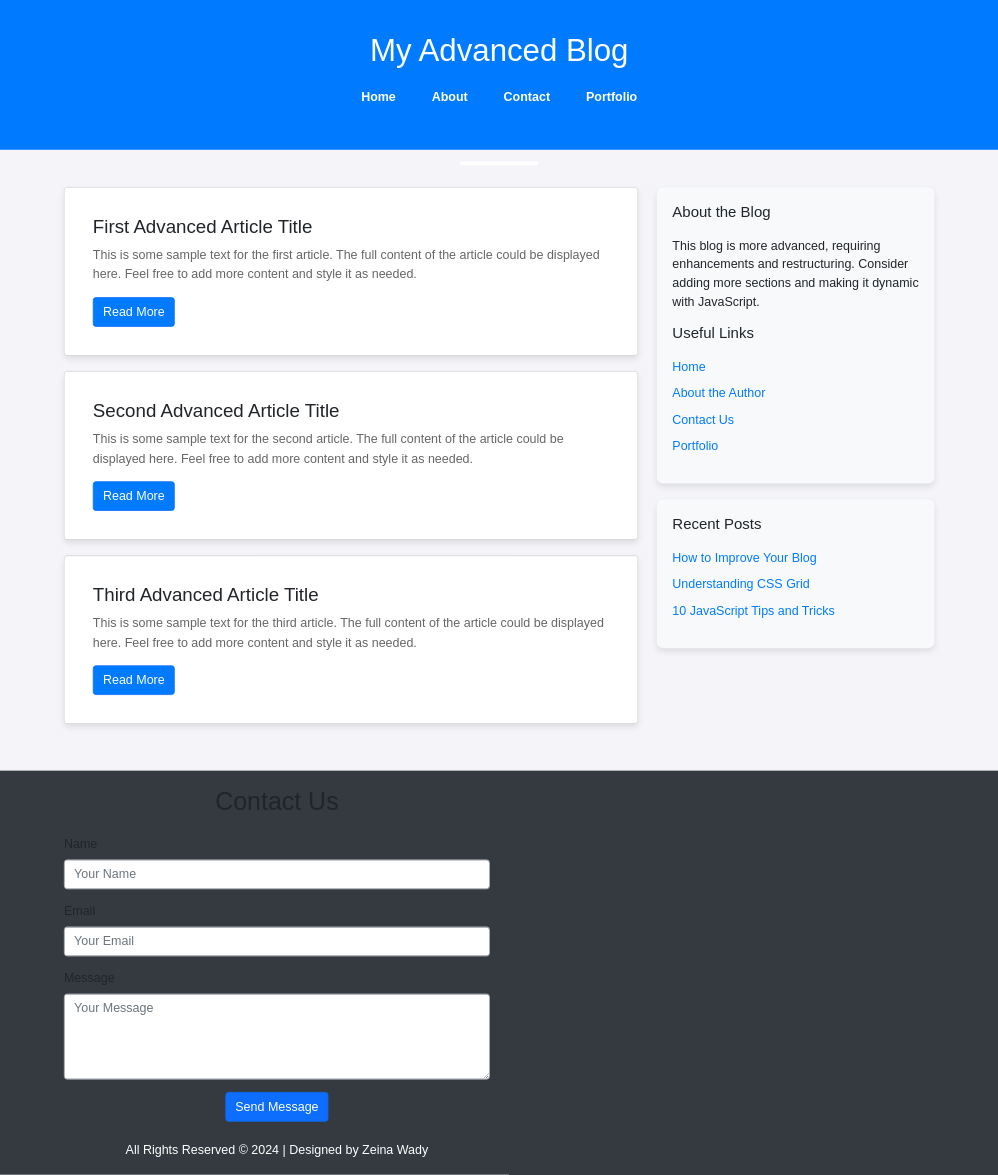
Repository: zeinawady/Blog-Code-Refactoring
Page: index.html
An editor plug-in stored every save of this project. The page is shown before and after a run of saves, followed by the edit.
The browser window is 1280 px wide. The pictures show the whole page, at 78% of full size.
Some web libraries are served in a nearby version.

Above is the page before, as saved 2024-09-23 16:04:00.

### index.html
<!DOCTYPE html>
<html lang="en">
  <head>
    <meta charset="UTF-8" />
    <meta name="viewport" content="width=device-width, initial-scale=1.0" />
    <title>My Advanced Blog</title>

    <link
      href="https://cdn.jsdelivr.net/npm/bootstrap@5.1.3/dist/css/bootstrap.min.css"
      rel="stylesheet"
    />
    <link rel="stylesheet" href="https://cdnjs.cloudflare.com/ajax/libs/font-awesome/6.6.0/css/all.min.css" integrity="sha512-Kc323vGBEqzTmouAECnVceyQqyqdsSiqLQISBL29aUW4U/M7pSPA/gEUZQqv1cwx4OnYxTxve5UMg5GT6L4JJg==" crossorigin="anonymous" referrerpolicy="no-referrer" />
    <link rel="stylesheet" href="style.css">
  </head>
  <body>

    <header>
      <h1 class="text-center text-white">My Advanced Blog</h1>
      <nav class="navbar navbar-expand-lg bg-body-tertiary">
        <div class="container">
          <button class="navbar-toggler ms-auto" type="button" data-bs-toggle="collapse" data-bs-target="#navbarNavAltMarkup" aria-controls="navbarNavAltMarkup" aria-expanded="false" aria-label="Toggle navigation">
            <span class="navbar-toggler-icon text-white"><i class="fas fa-bars"></i></span>
          </button>
          <div class="collapse navbar-collapse justify-content-center" id="navbarNavAltMarkup">
            <div class="navbar-nav">
              <a class="nav-link active text-white" aria-current="page" href="#">Home</a>
              <a class="nav-link text-white" href="#">About</a>
              <a class="nav-link text-white" href="#">Contact</a>
              <a class="nav-link text-white" href="#">Portfolio</a>
            </div>
          </div>
        </div>
      </nav>

    </header>
    <a href="#" onclick="toTop()" class="scroll-to-top" id="scrollToTopBtn"><i class="fa-solid fa-circle-up fa-bounce" style="color: #007bff;"></i></a>

    <div class="container mt-5">
      <div class="row">
        <div class="col-lg-8">

          <article class="card">
            <div class="card-body">
            <h2 class="card-title">First Advanced Article Title</h2>
            <p class="card-text">
              This is some sample text for the first article. The full content
              of the article could be displayed here. Feel free to add more
              content and style it as needed.
            </p>
            <button class="btn btn-primary">Read More</button>
         </div>
        </article>

        <article class="card">
          <div class="card-body">
          <h2 class="card-title">Second Advanced Article Title</h2>
          <p class="card-text">
            This is some sample text for the second article. The full content
            of the article could be displayed here. Feel free to add more
            content and style it as needed.
          </p>
          <button class="btn btn-primary">Read More</button>
       </div>
      </article>

      <article class="card">
        <div class="card-body">
        <h2 class="card-title">Third Advanced Article Title</h2>
        <p class="card-text">
          This is some sample text for the third article. The full content
          of the article could be displayed here. Feel free to add more
          content and style it as needed.
        </p>
        <button class="btn btn-primary">Read More</button>
     </div>
    </article>
        </div>

        <div class="col-md-4">
          <aside>
            <h3>About the Blog</h3>
            <p>
              This blog is more advanced, requiring enhancements and
              restructuring. Consider adding more sections and making it dynamic
              with JavaScript.
            </p>
            <h3>Useful Links</h3>
            <ul>
              <li><a href="#">Home</a></li>
              <li><a href="#">About the Author</a></li>
              <li><a href="#">Contact Us</a></li>
              <li><a href="#">Portfolio</a></li>
            </ul>
          </aside>
          <aside>
            <h3>Recent Posts</h3>
            <ul>
              <li><a href="#">How to Improve Your Blog</a></li>
              <li><a href="#">Understanding CSS Grid</a></li>
              <li><a href="#">10 JavaScript Tips and Tricks</a></li>
            </ul>
          </aside>
        </div>
      </div>
    </div>

    <footer>
      <div class="container">
        <div class="row">
          <div class="col-md-6">
            <h2 class="text-center mb-4">Contact Us</h2>
            <form action="#" method="POST" class="contact-form">
              <div class="mb-3">
                <label for="name" class="form-label">Name</label>
                <input type="text" class="form-control" id="name" name="name" placeholder="Your Name" required />
              </div>
              <div class="mb-3">
                <label for="email" class="form-label">Email</label>
                <input type="email" class="form-control" id="email" name="email" placeholder="Your Email" required />
              </div>
              <div class="mb-3">
                <label for="message" class="form-label">Message</label>
                <textarea class="form-control" id="message" name="message" rows="4" placeholder="Your Message" required></textarea>
              </div>
              <div class="text-center">
                <button type="submit" class="btn btn-primary">Send Message</button>
              </div>
            </form>
            <p class="text-white text-center m-0 mt-4">All Rights Reserved © 2024 | Designed by Zeina Wady</p>
          </div>
        </div>
      </div>
    </footer>

    <script src="https://cdn.jsdelivr.net/npm/bootstrap@5.1.3/dist/js/bootstrap.bundle.min.js"></script>
  <script src="script.js"></script>
  </body>
</html>

### style.css
body {
    font-family: Arial, sans-serif;
    background-color: #f4f4f9;
  }
html{
    scroll-behavior: smooth;
}
  :root{
    --main-color:#007bff;
  }
  a{
    text-decoration: none;
  }
  header {
    background-color: var(--main-color);
    padding: 40px 0;
    position: relative;
  }
  header::after {
    content: "";
    position: absolute;
    bottom: -20px;
    left: 50%;
    transform: translateX(-50%);
    width: 100px;
    height: 5px;
    background-color:white;
  }
 .scroll-to-top{
    position: fixed;
    bottom: 70px;
    right: 30px;
    font-size: 35px;
    cursor: pointer;
    display: none;
 }
  nav a {
    margin: 0 15px;
    font-weight: bold;
    transition: 0.3s;
  }
  nav a:hover {
    text-decoration: underline;
  }
  article{
    /* border: 1px solid #ddd; */
    margin-bottom: 20px;
    padding: 20px;
    box-shadow: 0 4px 8px rgba(0, 0, 0, 0.1);
    transition: transform 0.3s ease, box-shadow 0.3s ease;
  }
  article:hover {
    transform: translateY(-5px);
    box-shadow: 0 8px 16px rgba(0, 0, 0, 0.2);
  }
  article h2 {
    font-size: 1.5rem;
  }
  article p {
    color: #666;
    line-height: 1.6;
  }
  article .btn-primary {
    background-color:var(--main-color);

  }

  aside {
    background-color: #f8f9fa;
    padding: 20px;
    border-radius: 8px;
    box-shadow: 0 4px 8px rgba(0, 0, 0, 0.1);
    margin-bottom: 20px;
  }
  aside h3 {
    margin-bottom: 20px;
    font-size: 1.2rem;
  }
  aside ul {
    list-style-type: none;
    padding-left: 0;
  }
  aside ul li {
    margin-bottom: 10px;
  }
  aside ul li a {
    color: var(--main-color);
  }
  aside ul li a:hover {
    text-decoration: underline;
  }
  footer {
    background-color: #343a40;
    padding: 20px;
    margin-top: 40px;
  }

### script.js
let scrollToTopBtn =document.getElementById('scrollToTopBtn');

window.onscroll= function(){
    if(document.body.scrollTop>100 || document.documentElement.scrollTop>100){
        scrollToTopBtn.style.display="block";
    }
    else{
        scrollToTopBtn.style.display="none";
    }
}

function toTop(){
    document.body.scrollTop=0;
}

After the next 2 saves:
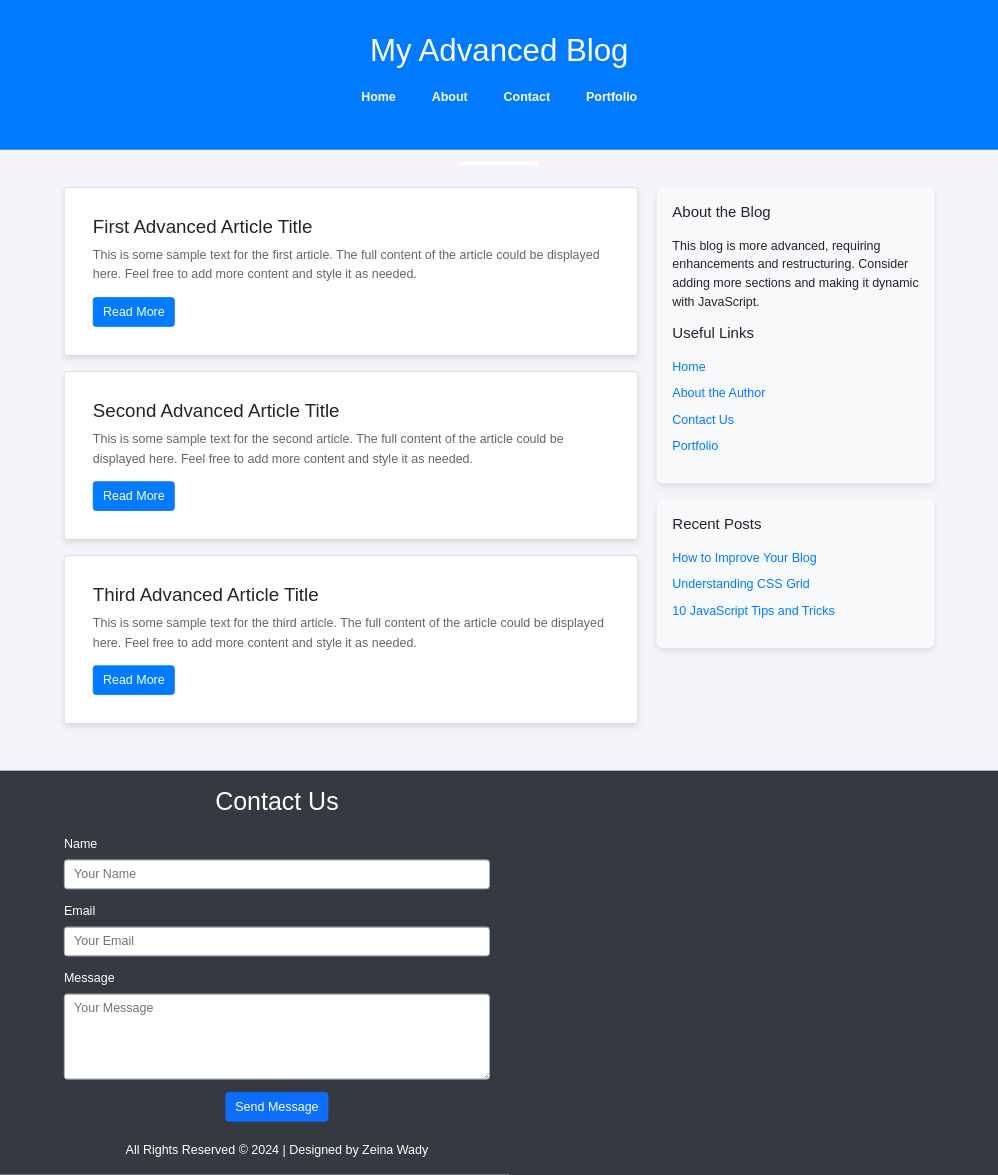
The 2 saves are shown as one change because they came seconds apart.
The last was saved 29 s later.
--- a/index.html
+++ b/index.html
@@ -104,7 +104,7 @@
       </div>
     </div>
 
-    <footer>
+    <footer class="text-white">
       <div class="container">
         <div class="row">
           <div class="col-md-6">
